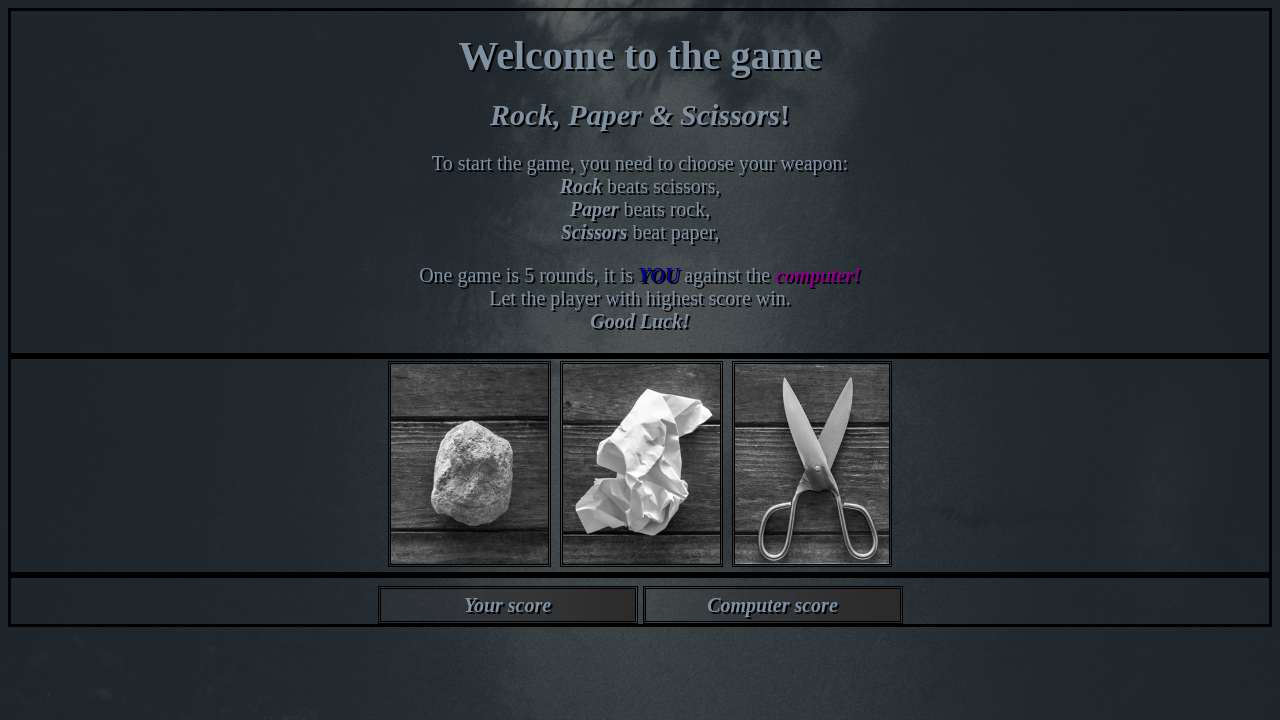
Repository: agneta1991/rock-paper-scissors
Page: Desktop/coding/index2.html
An editor plug-in stored every save of this project. The page is shown before and after the next save, followed by the edit.
The browser window is 1280 px wide. The pictures show the whole page.

Above is the page before, as saved 2023-03-06 09:22:47.

After the next save:
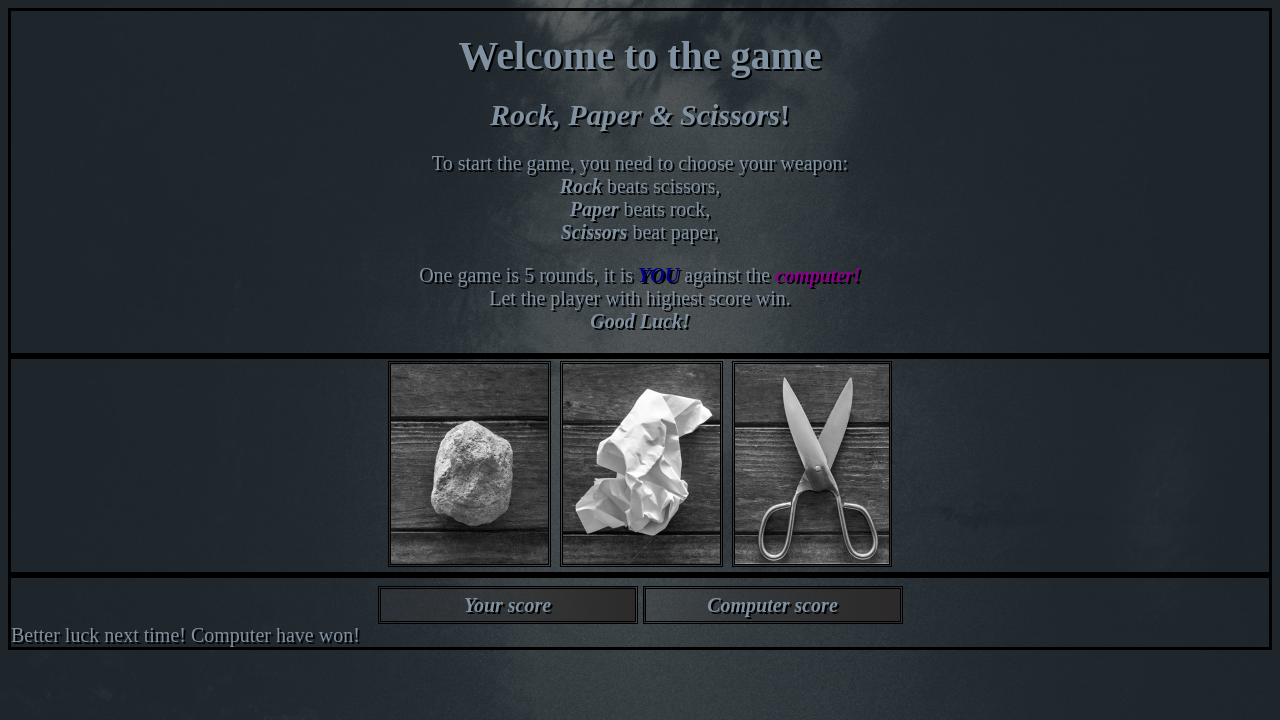
Saved 92 s later.
--- a/Desktop/coding/js.js
+++ b/Desktop/coding/js.js
@@ -64,3 +64,7 @@ const btn = document.querySelectorAll('button');
 }
 
 round();
+
+if (computerScore === '5'){
+    document.getElementById('winner').innerHTML='Congratulations, you have won!'
+}else document.getElementById('winner').innerHTML = 'Better luck next time! Computer have won!';

After the save that followed:
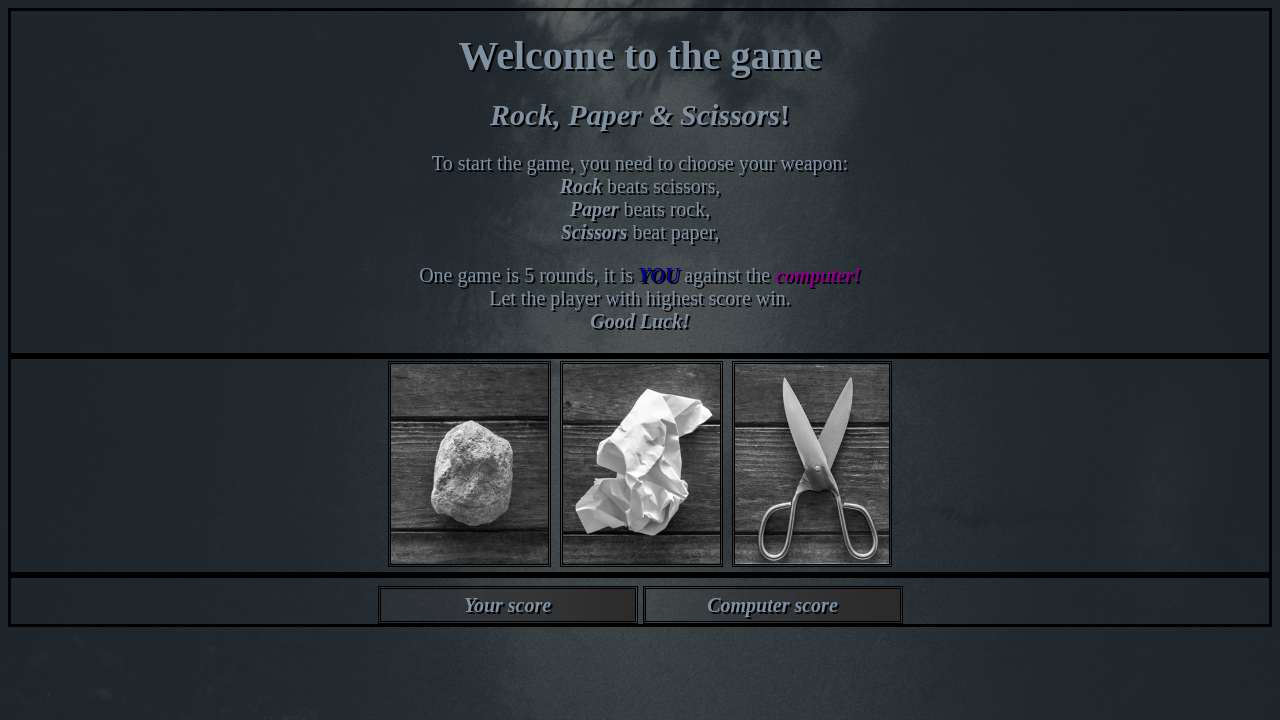
Saved 55 s later.
--- a/Desktop/coding/js.js
+++ b/Desktop/coding/js.js
@@ -65,6 +65,8 @@ const btn = document.querySelectorAll('button');
 
 round();
 
-if (computerScore === '5'){
+if (playerScore === '5'){
     document.getElementById('winner').innerHTML='Congratulations, you have won!'
-}else document.getElementById('winner').innerHTML = 'Better luck next time! Computer have won!';
+}else if (computerScore === '5'){
+    document.getElementById('winner').innerHTML = 'Better luck next time! Computer have won!'
+};
